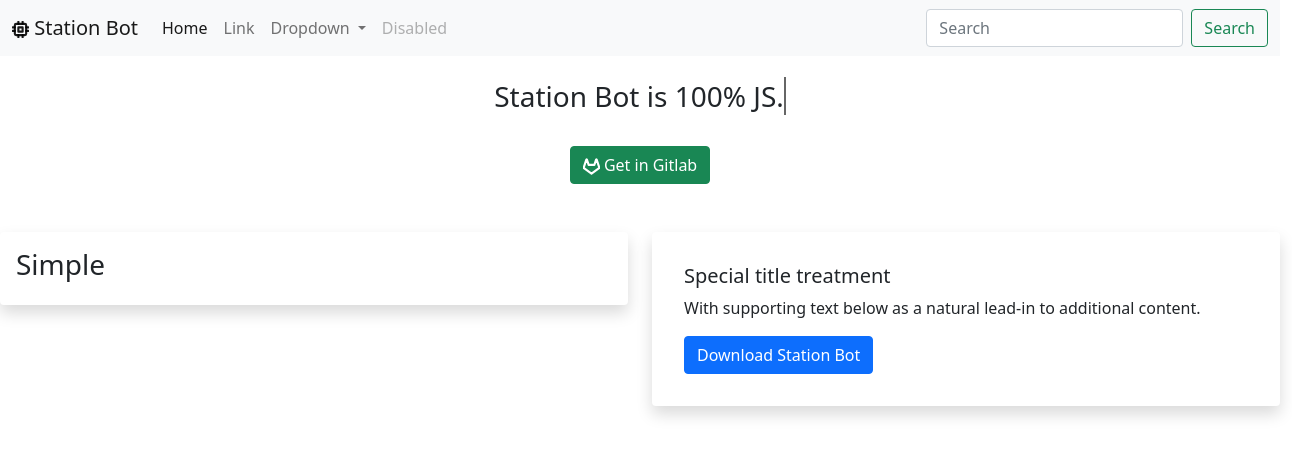
Repository: Valenplayer3000/StationBot-Web
Page: index.html
The author's editor kept a copy of each file at every save. The page is drawn from the files as they stood at one save, then again after the next save.
The browser window is 1280 px wide. The page is 1292 px wide, so the pictures cover 1292 px, including what lies to the right of the window. The pictures show the whole page.
Some web libraries are served in a nearby version.

Above is the page before, as saved 2021-11-02 08:50:45.

After the next save:
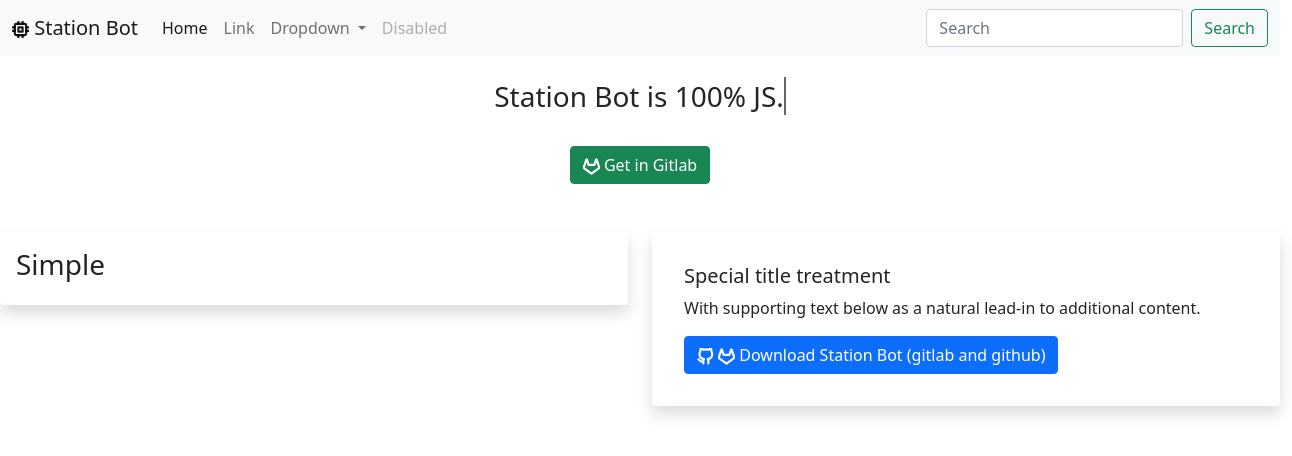
Saved 4 min 42 s later.
--- a/index.html
+++ b/index.html
@@ -76,7 +76,7 @@
               <p class="card-text">With supporting text below as a natural lead-in to additional content.</p>
               <!-- Button trigger modal -->
                 <button type="button" class="btn btn-primary" data-bs-toggle="modal" data-bs-target="#exampleModal">
-                  Download Station Bot
+                  <i data-feather="github"></i> <i data-feather="gitlab"></i>  Download Station Bot (gitlab and github)
                 </button>
 
                 <!-- Modal -->
